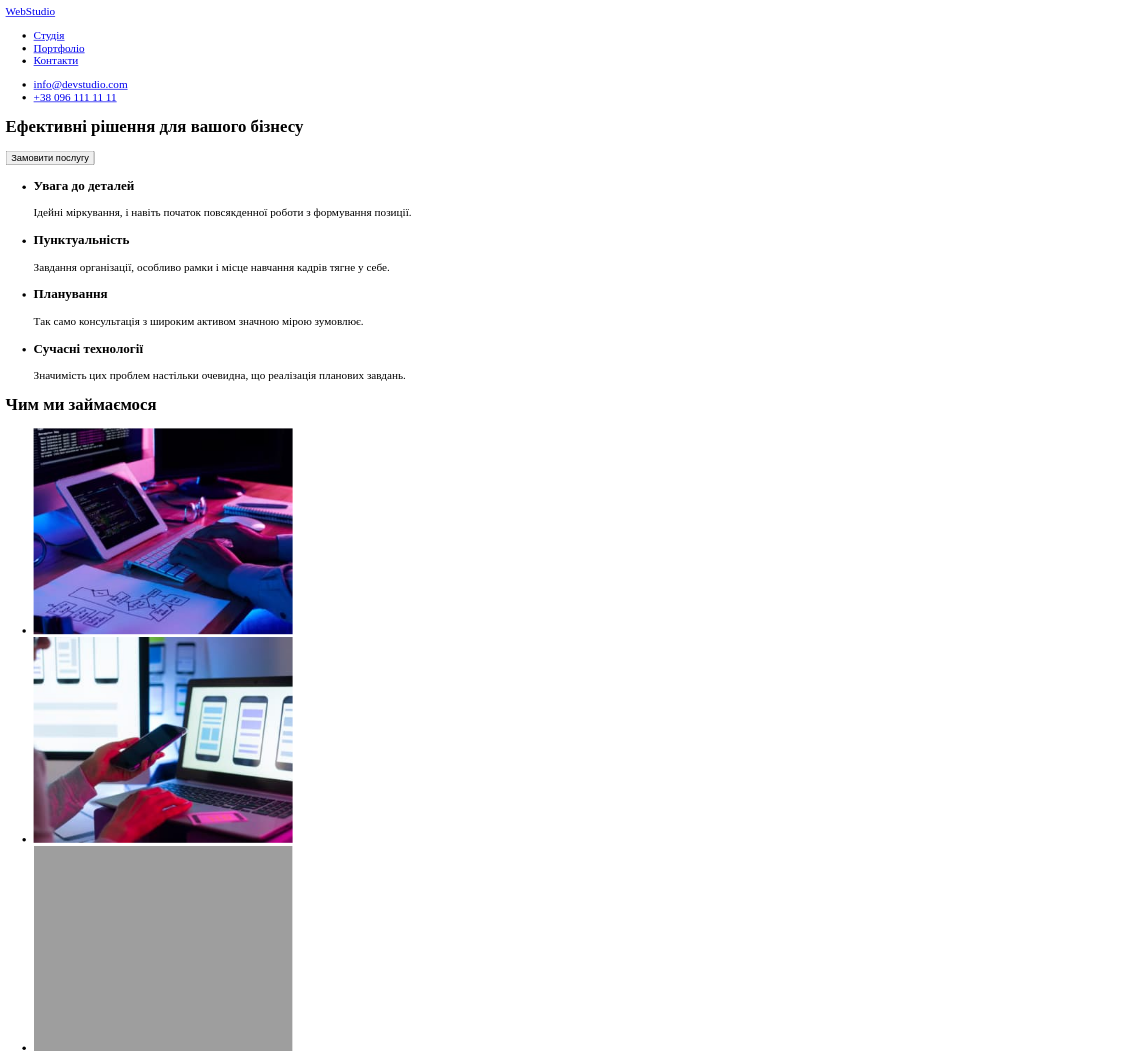
Repository: Mariia2811/goit-markup-hw-03
Page: index.html
An editor plug-in stored every save of this project. The page is shown before and after the next save, followed by the edit.
The browser window is 1280 px wide. The page is 1280 px wide, then 1608 px, then 1280 px, so the pictures cover 1608 px, including what lies to the right of the window. The pictures show the part of the page from y = 0 to 1520 px (the page is 3107 px tall before and 3980 px after), at 70% of full size.
Pictures or frames that could not be fetched are drawn as grey boxes.

Above is the page before, as saved 2022-11-25 16:21:09.

After the next save:
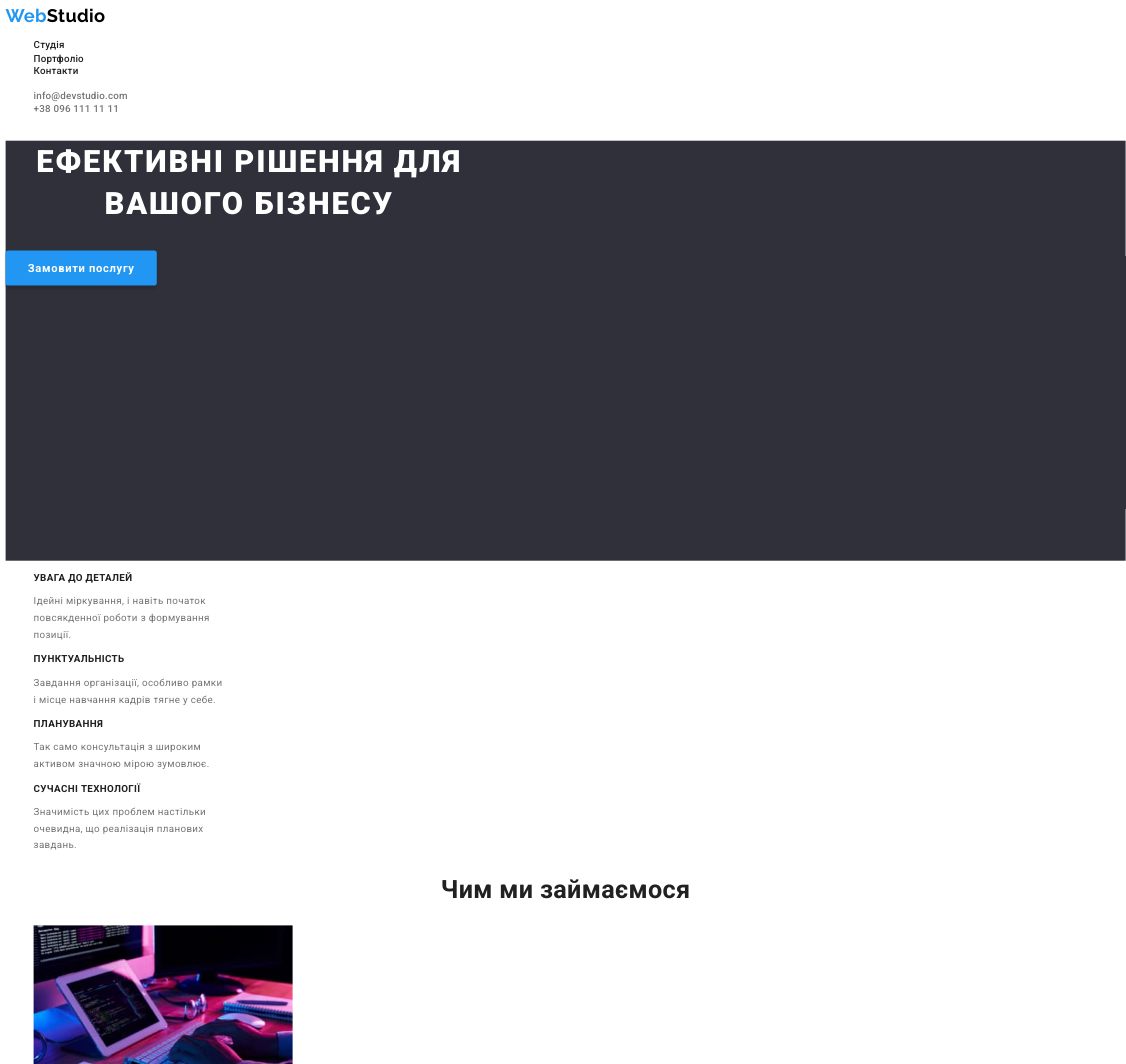
Saved 4 s later.
--- a/index.html
+++ b/index.html
@@ -11,7 +11,7 @@
       href="https://fonts.googleapis.com/css2?family=Raleway:wght@700&family=Roboto:wght@400;500;700;900&display=swap"
       rel="stylesheet"
     />
-    <link rel="stylesheet" href="" />
+    <link rel="stylesheet" href="./css/styles.css" />
   </head>
   <body>
     <header>

After the save that followed:
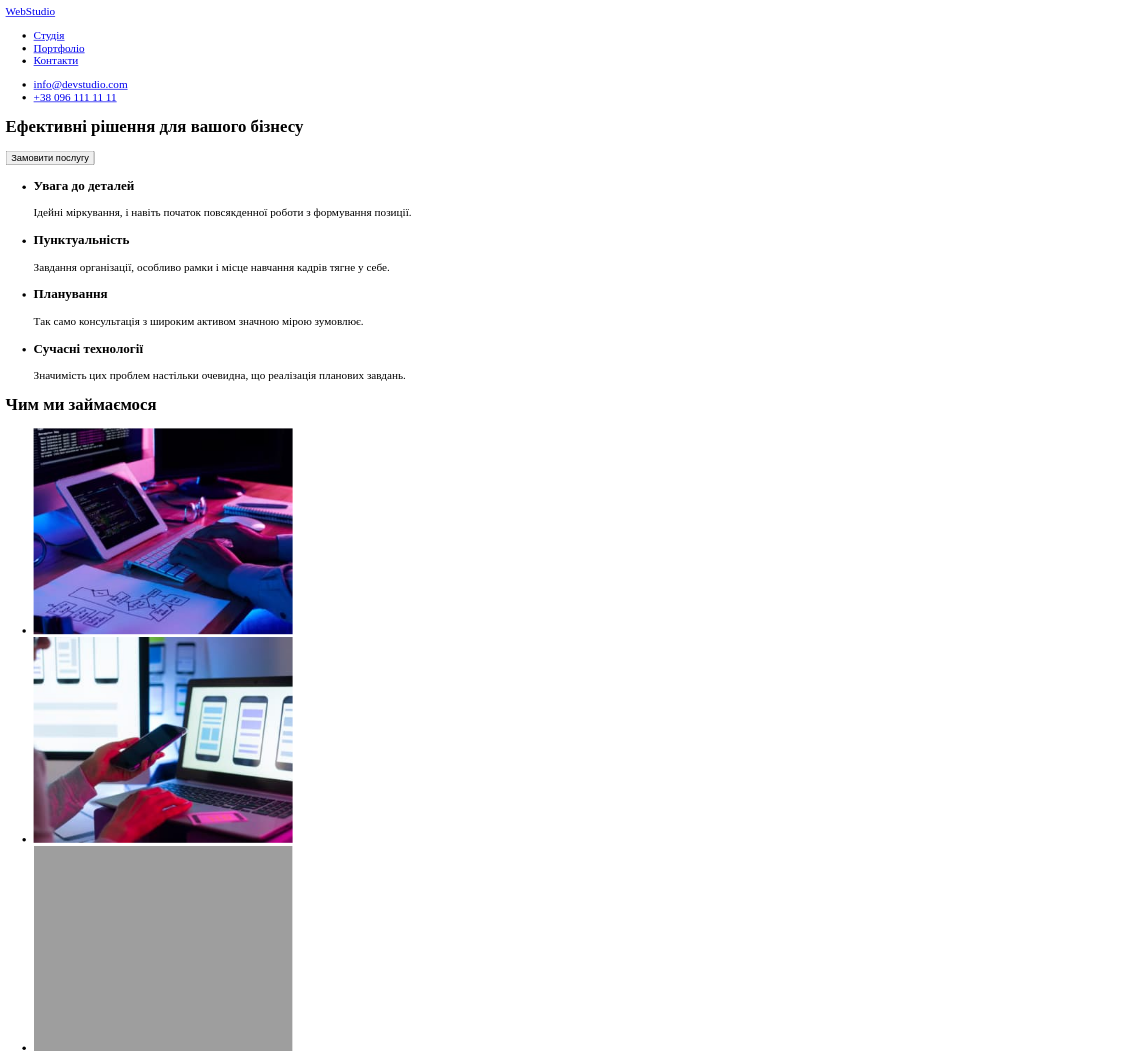
Not found: css/style.css
Saved 60 s later.
--- a/index.html
+++ b/index.html
@@ -11,7 +11,7 @@
       href="https://fonts.googleapis.com/css2?family=Raleway:wght@700&family=Roboto:wght@400;500;700;900&display=swap"
       rel="stylesheet"
     />
-    <link rel="stylesheet" href="./css/styles.css" />
+    <link rel="stylesheet" href="./css/style.css" />
   </head>
   <body>
     <header>
